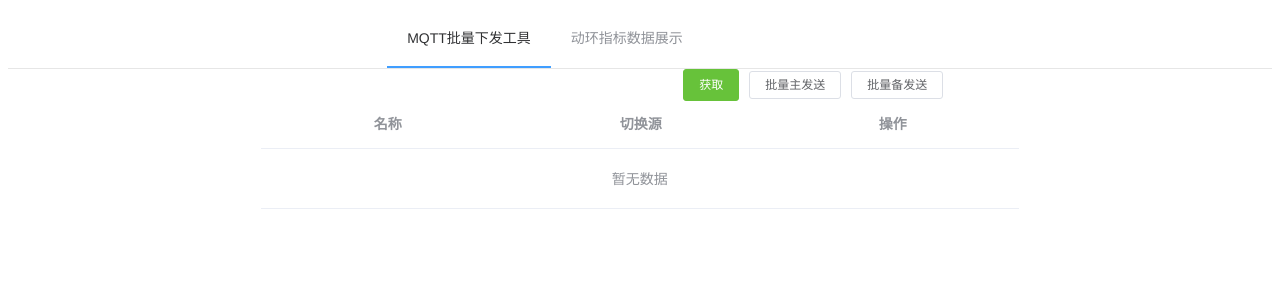
Repository: faintout/BHMQTTSendTool
Page: /
The author's editor kept a copy of each file at every save. The page is drawn from the files as they stood at one save, then again after the next save.
The browser window is 1280 px wide. The pictures show the whole page.
The project was rebuilt for these pictures with package versions that can differ from the ones it lists, and the page was loaded fresh each time. Also part of the build but not shown: vue.config.js, src/views/MovingInfoShow.vue.

Above is the page before, as saved 2020-09-03 14:14:08.

After the next save:
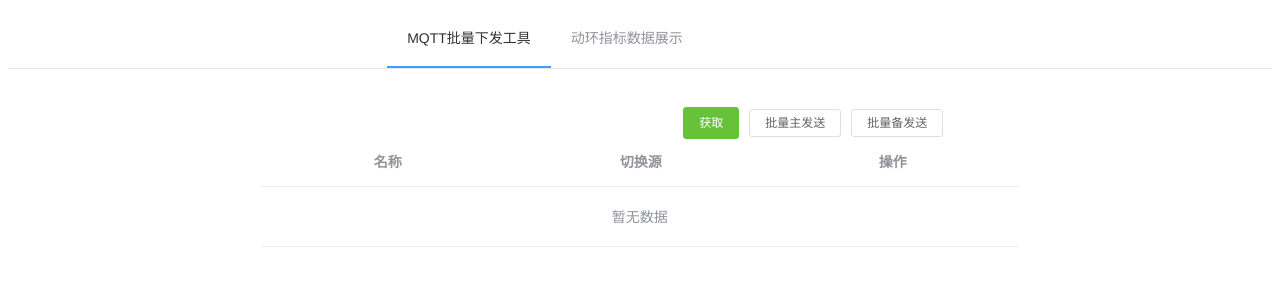
Saved 6 s later.
--- a/src/views/MqttSendTool.vue
+++ b/src/views/MqttSendTool.vue
@@ -273,7 +273,7 @@
 <style lang="less" scoped>
     .content {
         width: 60%;
-        margin: 0 auto;
+        margin: 3% auto;
         margin-bottom: 0;
     }
 
